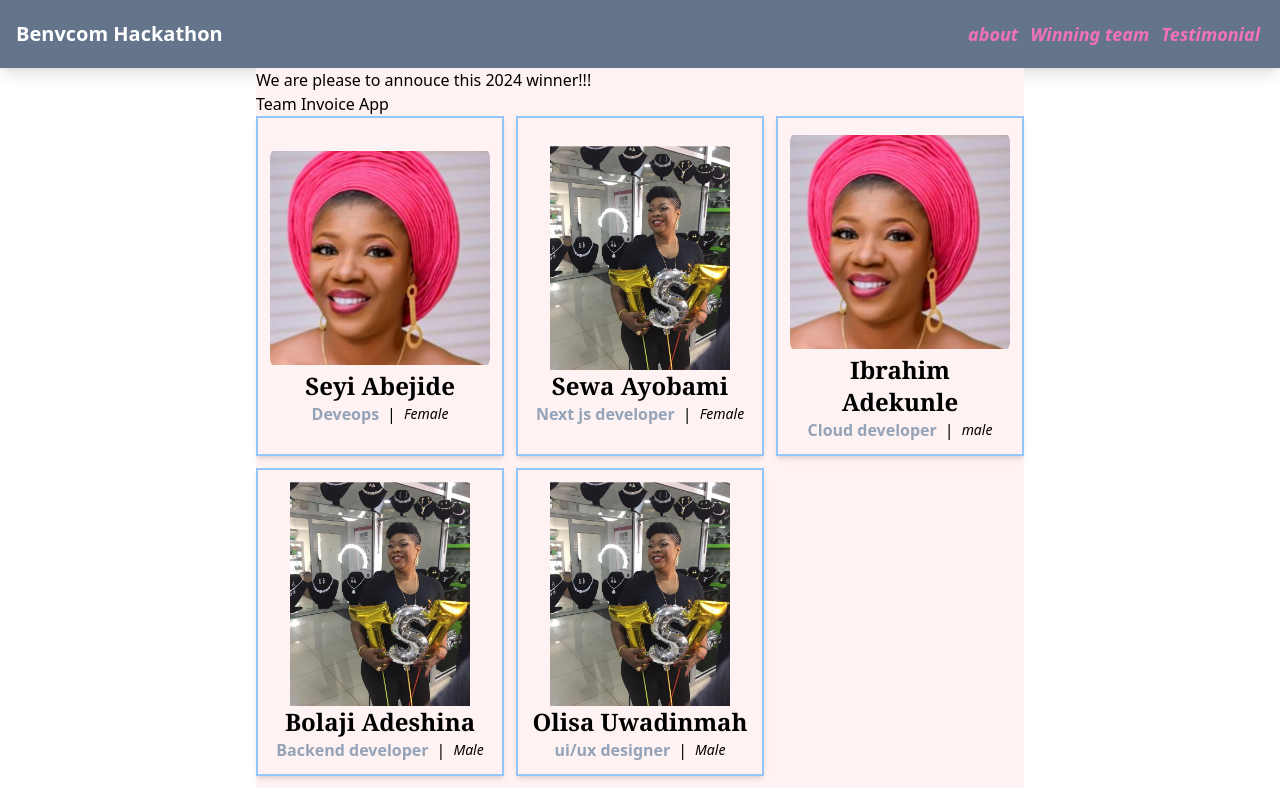
Repository: Semanmernstack/Bincom
Page: /
The author's editor kept a copy of each file at every save. The page is drawn from the files as they stood at one save, then again after the next save.
The browser window is 1280 px wide. The pictures show the whole page.
The project was rebuilt for these pictures with package versions that can differ from the ones it lists, and the page was loaded fresh each time. The framework's server and built-in components were replaced by stand-ins that run in the browser. Also part of the build but not shown: next.config.mjs.

Above is the page before, as saved 2024-01-25 09:52:50.

### app/layout.tsx
import type { Metadata } from "next";
import { Inter } from "next/font/google";
import "./globals.css";
import Nav from "./components/Nav";

const inter = Inter({ subsets: ["latin"] });

export const metadata: Metadata = {
  title: "Create Next App",
  description: "Generated by create next app",
};

export default function RootLayout({
  children,
}: Readonly<{
  children: React.ReactNode;
}>) {
  return (
    <html lang="en">
      <body className=" ">
        <Nav/>
        {children}
      </body>
    </html>
  );
}

### app/page.tsx
import Hacthon from "./components/Hacthon";
import Info from "./components/Info";




export default function Home() {
  return (
    <main className="flex flex-col bg-red-50 min-h-screen max-w-3xl mx-auto ">
      <Info/>
      <Hacthon/>

    </main>

  );
}

### app/components/Nav.tsx
"use client"
import Link from 'next/link'
import { usePathname } from 'next/navigation'
import React from 'react'
const Linkk = [
    {
        href: "/about",
        title: "about"
    },
    {
        href: "/winner",
        title: "Winning team"
    },
    {
        href: "/testimony",
        title: "Testimonial",
    },
]

function Nav() {
    const pathname = usePathname()
  return (
    <div className=' flex items-center justify-between   bg-slate-500 p-4 shadow-lg'>
        <div>
            <h1 className='text-xl text-white font-extrabold'> Benvcom Hackathon  </h1>
        </div>
        <div className='flex gap-1 text-red-300 '>
            {Linkk.map((d, i) => (
            <div className='' key={i}>
                {pathname === d.href ? (
                <Link href={d.href} className='text-xs sm:text-lg text-pink-800 font-bold animate-pulse'>
                    {d.title}
                </Link>


                ):(
                    <Link href= {d.href }
                    className="flex p-1   gap-3 italic sm:font-semibold hover:border rounded-lg text-pink-400   dark:text-white text-xs sm:text-lg font-bold transition duration-100  "
                    >
                        {d.title}
                    </Link>

                )}
            </div>

        ))}

        </div>





</div>
  )
}

export default Nav

### app/components/Hacthon.tsx
import React from 'react'
import slidefour from "../public/slidefour.png"


import slidethree from "../public/slidethree.png"
import SetUp from "../components/SetUp";


const data = [
  {
    id: "1",
    title: "Seyi Abejide",
    image:"slidefour.png",
    role: "Deveops",
    gender: "Female",

  },
  {
    id: "2",
    title: "Sewa Ayobami",
    image: "slidethree.png",
    role: "Next js developer",
    gender: "Female"

  },
  {
    id: "3",
    title: "Ibrahim Adekunle",
    image:"slidefour.png",
    role: "Cloud developer",
    gender: "male",

  },
  {
    id: "4",
    title: "Bolaji Adeshina",
    image: "slidethree.png",
    role: "Backend developer",
    gender: "Male",

  },
  {
    id: "5",
    title: "Olisa Uwadinmah",
    image: "slidethree.png",
    role: "ui/ux designer",
    gender: "Male",

  },


];

function Hacthon() {
  return (
    <main className=" ">
      <div className="grid grid-cols-1 sm:grid-cols-2 md:grid-cols-3 gap-3">
          {data.map((p, index)=> (
              <div className=" border-2 border-blue-300 shadow-md items-center justify-center flex" key={index}>
                <SetUp
                  id={p.id}
                  title={p.title}
                  image={p.image}
                  role={p.role}
                  gender= {p.gender}
                />
              </div>

          ))}


      </div>



    </main>
  )
}

export default Hacthon

### app/components/Info.tsx
import React from 'react'

function Info() {
  return (
    <div>
        <div>
        <h1>We are please to annouce this <span>2024  winner!!!</span></h1>
        <h2> Team Invoice App</h2>

        </div>


    </div>
  )
}

export default Info

### app/components/SetUp.tsx
import React from 'react'
interface B {
    id: string
    title: string
    image: string
    role: string
    gender: string
}


function SetUp({id, title, image, role, gender}:B) {
  return (
    <div className=' p-3 '>
      <img src={image} alt="image" className='h-56 w-56 rounded-xl  object-contain' />
      <div className='flex flex-col items-center justify-between'>
        <h1 className='font-bold text-center font-serif textt-xl md:text-2xl'>{title}</h1>
        <div className='flex items-center justify-between gap-2'>
          <h2 className='font-bold text-slate-400 '>{role}</h2>
          <h2>|</h2>
          <h2 className='text-xs sm:text-sm italic'>{gender}</h2>
        </div>

        <div>

        </div>

      </div>

    </div>
  )
}

export default SetUp

Loaded but not shown: app/globals.css (common file); tailwind.config.ts (common file)

After the next save:
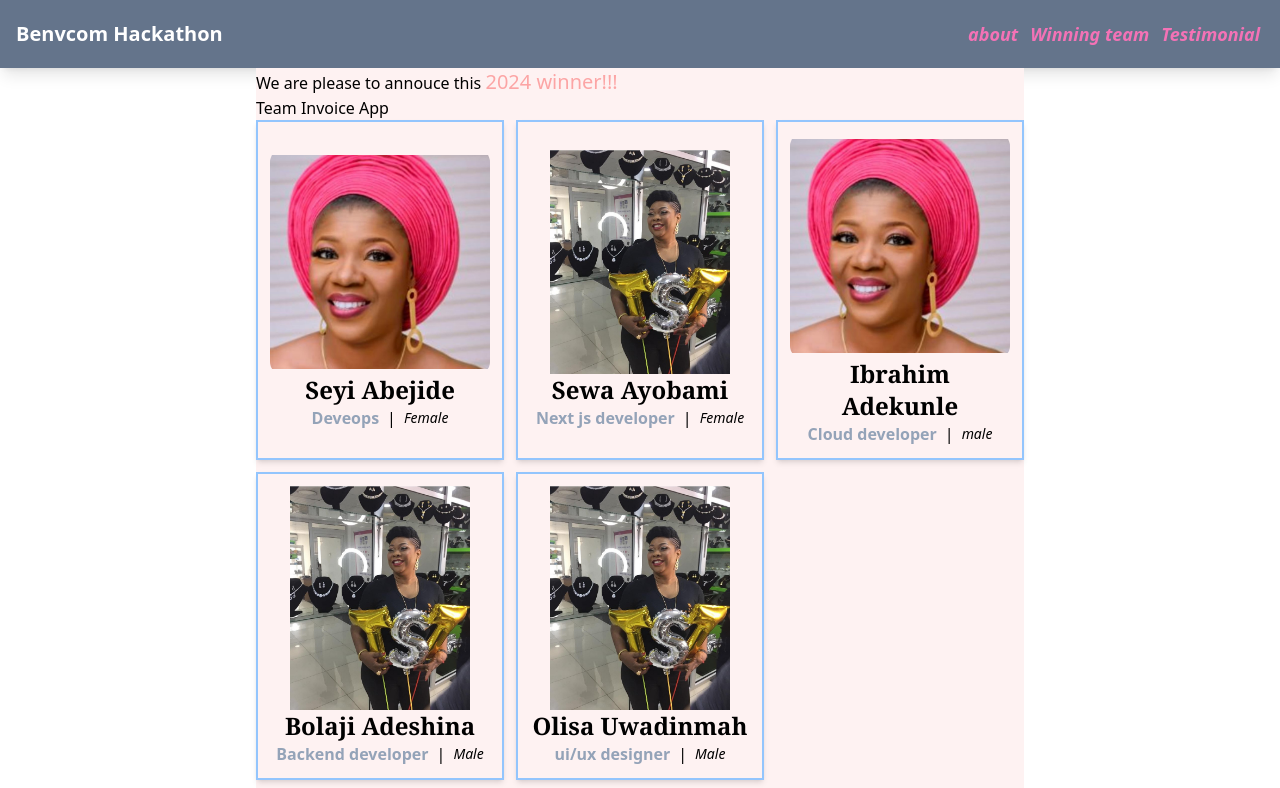
Saved 110 s later.
--- a/app/components/Info.tsx
+++ b/app/components/Info.tsx
@@ -4,7 +4,7 @@ function Info() {
   return (
     <div>
         <div>
-        <h1>We are please to annouce this <span>2024  winner!!!</span></h1>
+        <h1>We are please to annouce this <span className='text-red-300 text-xl'>2024  winner!!!</span></h1>
         <h2> Team Invoice App</h2>
 
         </div>
